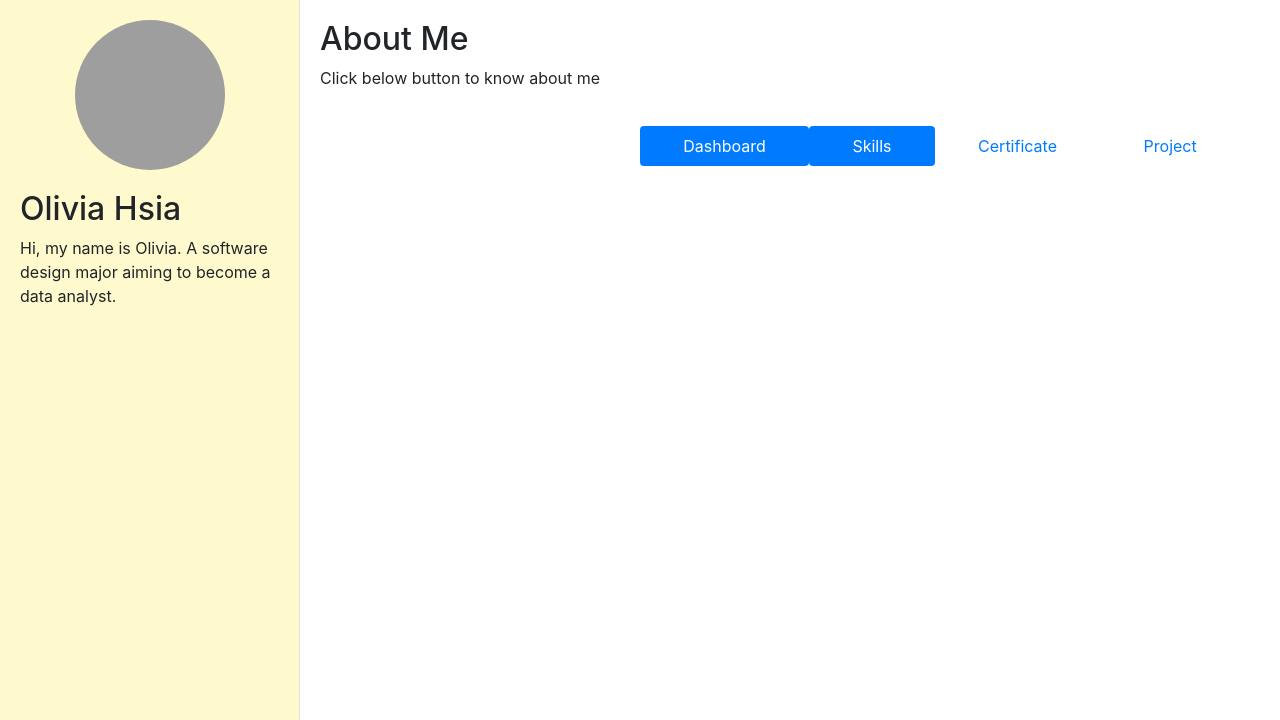
Repository: oliviahsia/FinalProject
Page: src/main/webapp/WEB-INF/main.html
These files come from the project's save history. The page is drawn as it stood at one moment and after the next save; the edit follows.
The browser window is 1280 px wide. The pictures show the whole page.
Pictures or frames that could not be fetched are drawn as grey boxes. An inner scrolling area shows only its first screen. Some web libraries are served in a nearby version.

Above is the page before, as saved 2024-03-09 18:25:55.

After the next save:
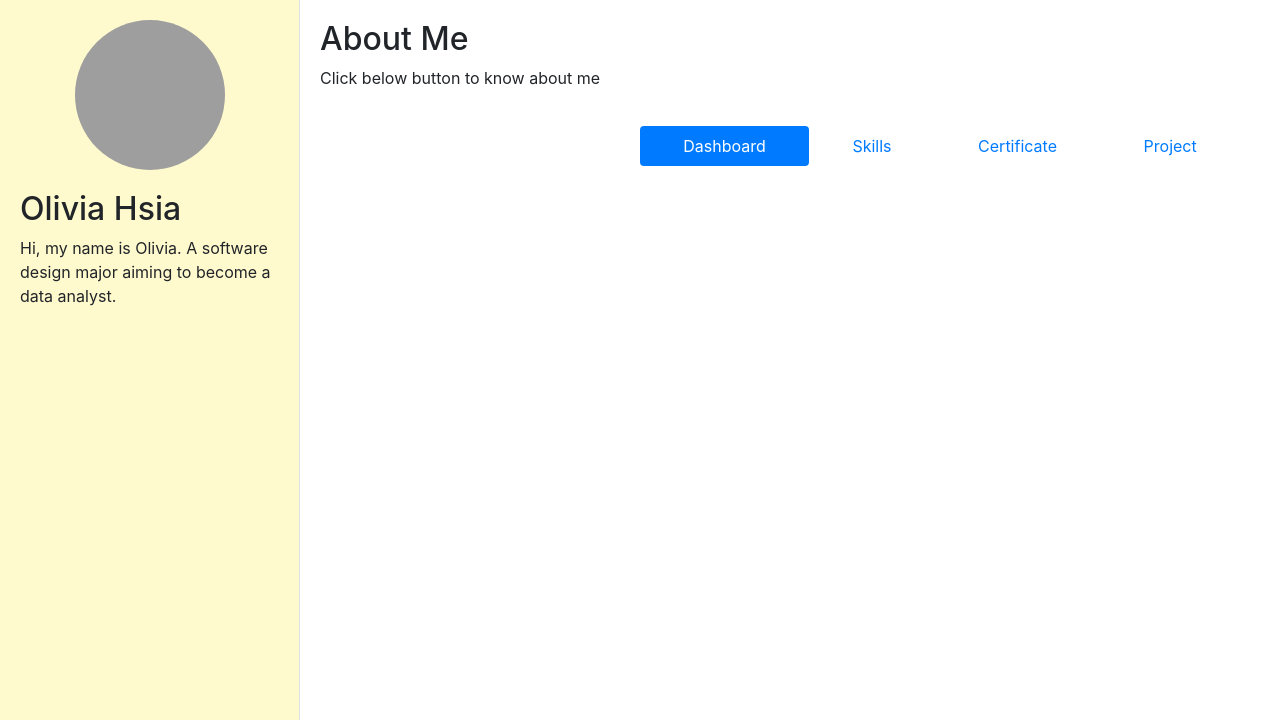
Saved 14 s later.
--- a/src/main/webapp/WEB-INF/main.html
+++ b/src/main/webapp/WEB-INF/main.html
@@ -37,7 +37,7 @@
         </li>
 
         <li class="nav-item">
-          <a class="nav-link active" href="#" onclick="showSection('Skills',this)">Skills</a>
+          <a class="nav-link" href="#" onclick="showSection('Skills',this)">Skills</a>
         </li>
 
         <li class="nav-item">
